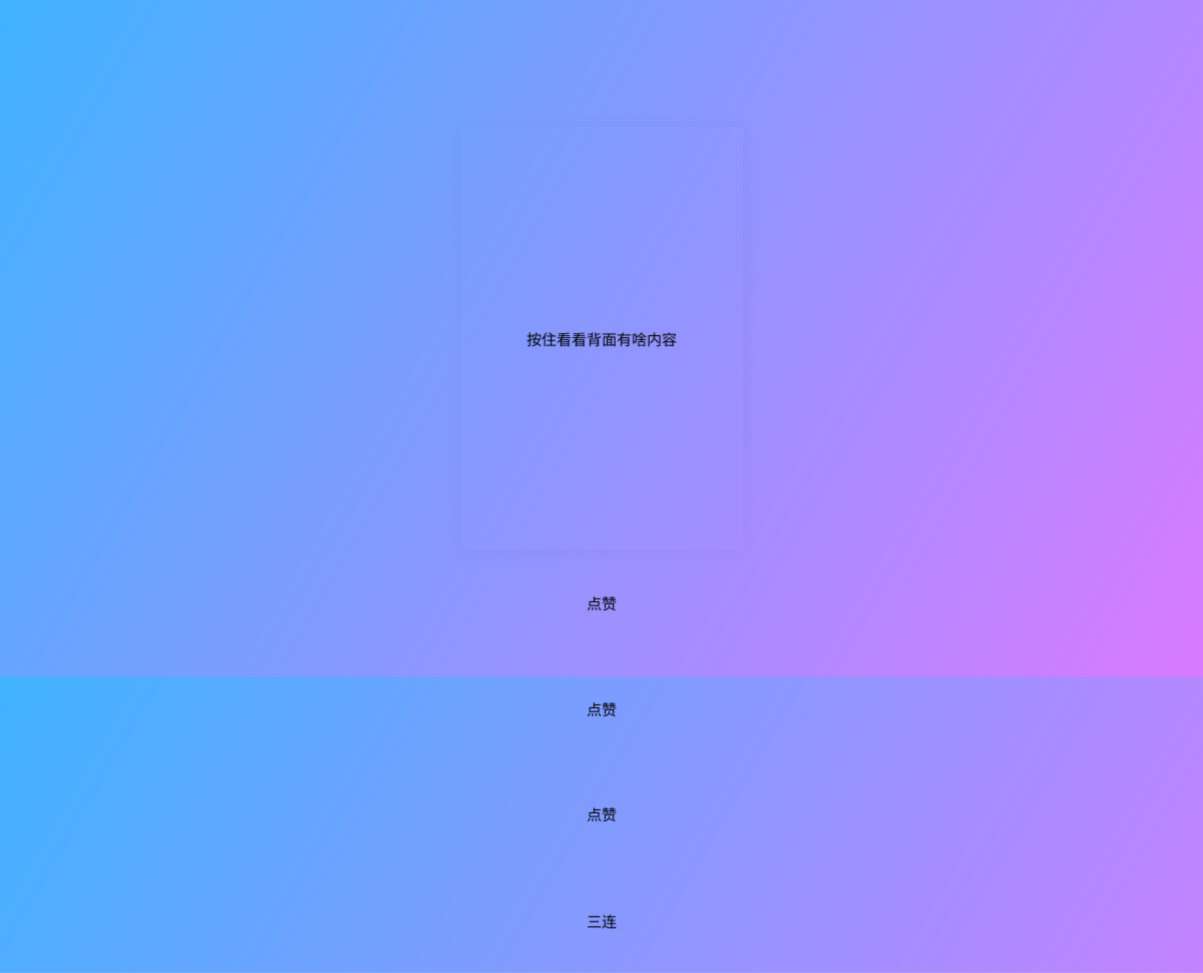
Repository: triumph-star/CSS-practice
Page: One CSS per day/overturn/index.html
An editor plug-in stored every save of this project. The page is shown before and after a run of saves, followed by the edit.
The browser window is 1280 px wide. The pictures show the whole page, at 94% of full size.

Above is the page before, as saved 2020-11-17 09:31:11.

### One CSS per day/overturn/index.html
<!DOCTYPE html>
<html lang="en">
<head>
  <meta charset="UTF-8">
  <meta name="viewport" content="width=device-width, initial-scale=1.0">
  <title>翻转卡片</title>
  <link href="./css.css" rel="stylesheet"></link>
</head>
<body>
  <div class="card">
    <!-- 卡片正面 -->
    <div class="card_front">
      <p>按住看看背面有啥内容</p>
    </div>
    <!-- 卡片背面 -->
    <div class="card_back">
      <p>点赞</p>
      <p>点赞</p>
      <p>点赞</p>
      <p>三连</p>
    </div>
  </div>
</body>
</html>

### One CSS per day/overturn/css.css
* {
  margin: 0;
  padding: 0;
  user-select: none;
}

body {
  perspective: 1600px;
  height: 100vh;
  width: 100%;
  display: flex;
  justify-content: center;
  align-items: center;
  background-image: linear-gradient(120deg,#40b3ff,#d97aff);
}

.card{
  position: relative;
  transform-style: preserve-3d;
  width: 300px;
  height: 450px;
  cursor: pointer;
  box-shadow: 1px 1px 20px rgba(0, 0, 0, 0.05);
}

.card_front,.card_back{
  width: 100%;
  height: 100%;
  display: flex;
  justify-content: space-around;
  align-items: center;
  flex-direction: column;
  border-radius: ;
}

After the next 5 saves:
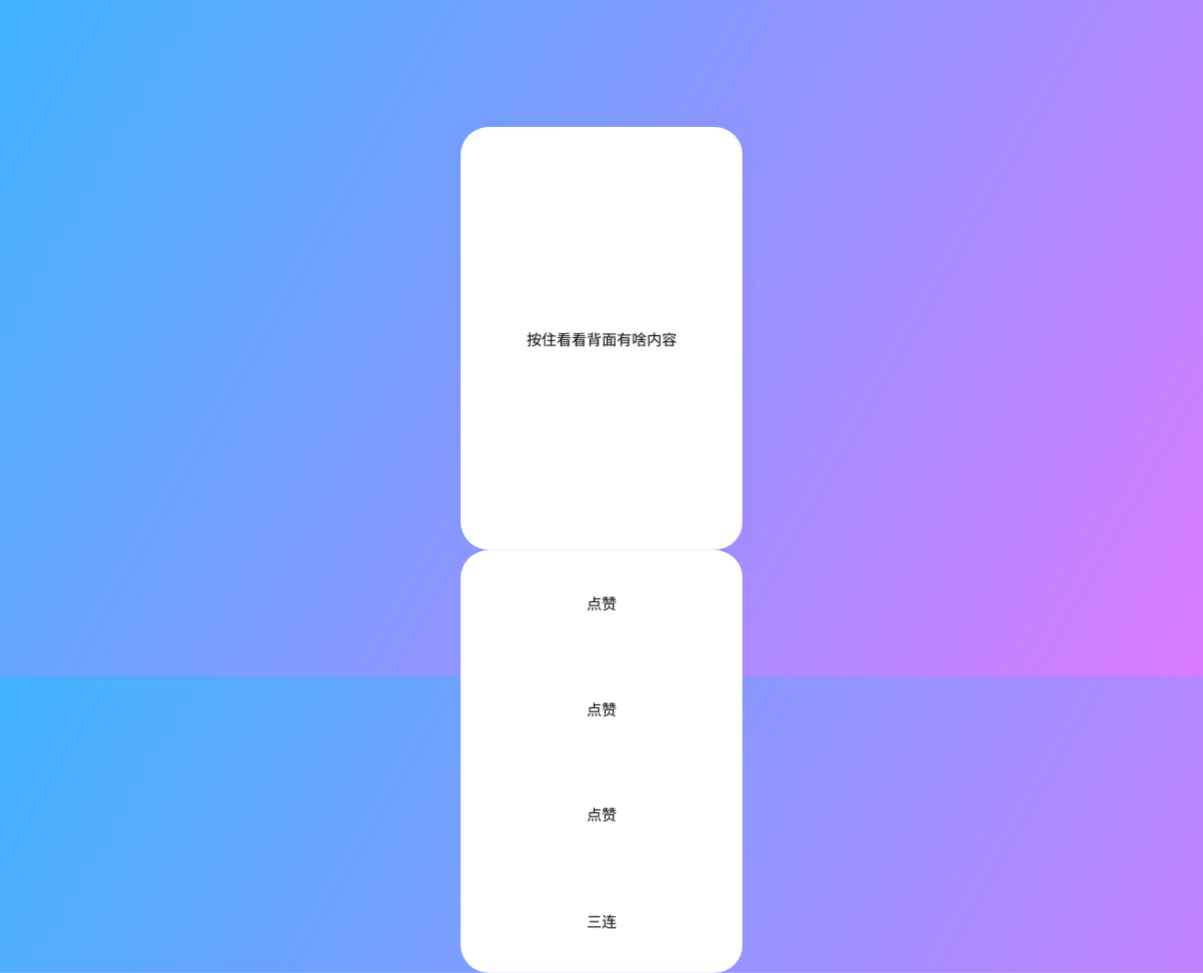
The 5 saves are shown as one change because they came seconds apart.
The last was saved 11 s later.
--- a/One CSS per day/overturn/css.css
+++ b/One CSS per day/overturn/css.css
@@ -30,5 +30,6 @@ body {
   justify-content: space-around;
   align-items: center;
   flex-direction: column;
-  border-radius: ;
+  border-radius: 30px;
+  background-color: #fff;
 }
